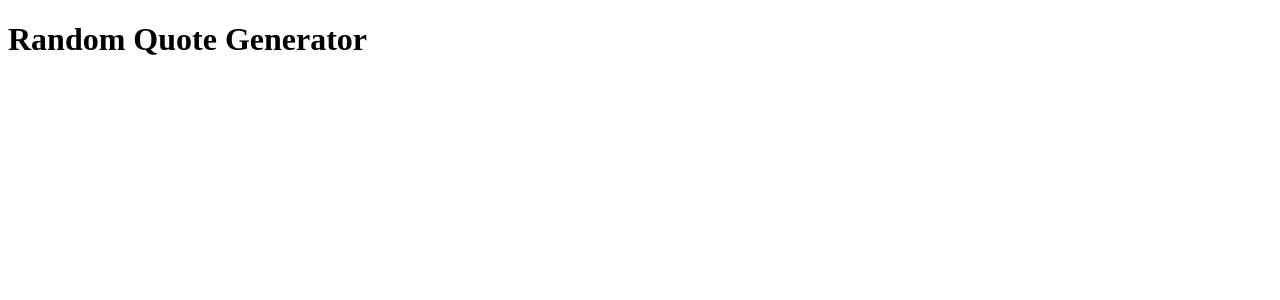
Repository: RiyaRoy05/RandomQuoteGenerator
Page: /
An editor plug-in stored every save of this project. The page is shown before and after a run of saves, followed by the edit.
The browser window is 1280 px wide. The pictures show the whole page.
The project was rebuilt for these pictures with package versions that can differ from the ones it lists, and the page was loaded fresh each time. Also part of the build but not shown: vite.config.js.

Above is the page before, as saved 2025-05-21 17:11:26.

### src/main.js
import { createApp } from 'vue'
import App from './App.vue'

if (import.meta.env.PROD) {
  if (typeof window.__VUE_DEVTOOLS_GLOBAL_HOOK__ !== 'undefined') {
    window.__VUE_DEVTOOLS_GLOBAL_HOOK__.Vue = null;
  }
}

createApp(App).mount('#app')

### src/App.vue
<script setup>
import RandomQuoteGenerator from './components/RandomQuoteGenerator .vue';
</script>


<template>
  <RandomQuoteGenerator />
</template>

### src/components/RandomQuoteGenerator .vue
<script setup>
import { ref, onMounted } from 'vue';

const quotes = ref([
  {
    text: "The only way to do great work is to love what you do.",
    author: "Steve Jobs",
  },
  {
    text: "Believe you can and you're halfway there.",
    author: "Theodore Roosevelt",
  },
  {
    text: "Life is what happens when you're busy making other plans.",
    author: "John Lennon",
  },
]);

const currentQuote = ref({text:"", author:""})

const getRandomQuote = () => {
    const randomInddex = Math.floor(Math.random() * quotes.value.length)
    currentQuote.value = quotes.value[randomInddex]
}

onMounted(getRandomQuote)

</script>

<template>
    <div class="quote-generator">
        <h1 class="app-title">Random Quote Generator</h1>
        <blockquote class="quote-conatiner"></blockquote>
    </div>
</template>

Loaded but not shown: index.html (common file)

After the next 3 saves:
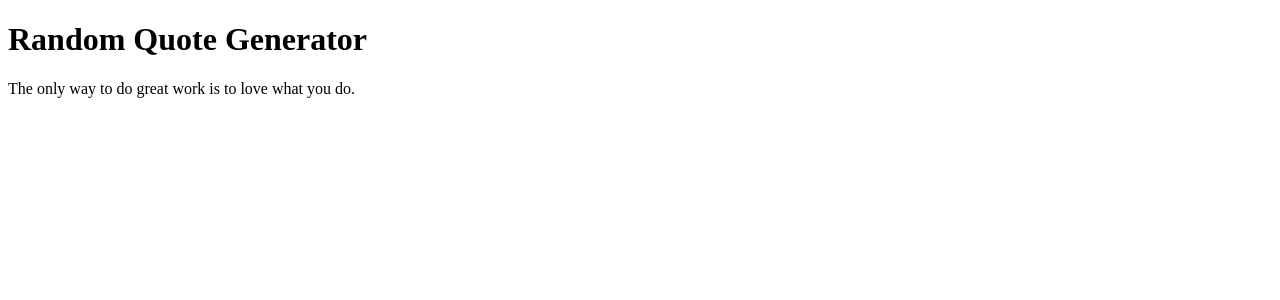
The 3 saves are shown as one change because they came seconds apart.
The last was saved 12 s later.
--- a/src/components/RandomQuoteGenerator .vue
+++ b/src/components/RandomQuoteGenerator .vue
@@ -31,5 +31,6 @@
     <div class="quote-generator">
         <h1 class="app-title">Random Quote Generator</h1>
         <blockquote class="quote-conatiner"></blockquote>
+        <p>{{ currentQuote.text }}</p>
     </div>
 </template>
